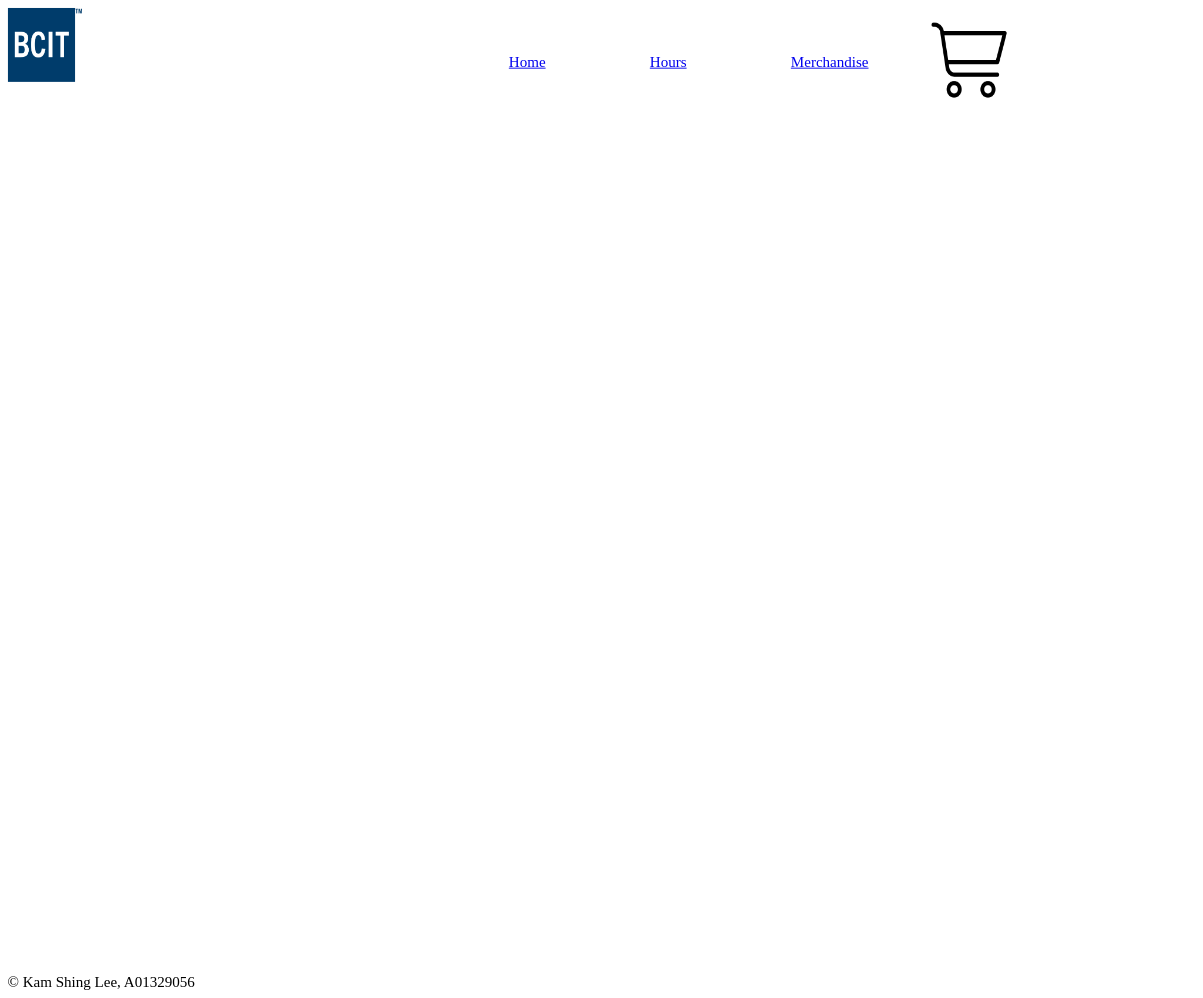
Repository: klee616/assessment3
Page: /
An editor plug-in stored every save of this project. The page is shown before and after the next save, followed by the edit.
The browser window is 1280 px wide. The pictures show the whole page, at 94% of full size.
The project was rebuilt for these pictures with package versions that can differ from the ones it lists, and the page was loaded fresh each time. The framework's server and built-in components were replaced by stand-ins that run in the browser. Also part of the build but not shown: next.config.mjs, components/Footer/Footer.module.css.

Above is the page before, as saved 2024-02-05 16:07:14.

### pages/index.js
import Head from "next/head";
import { Inter } from "next/font/google";
import styles from "@/styles/Home.module.css";
import layout from "@/styles/layout.module.css"
import Header from "@/components/Header";
import Footer from "@/components/Footer";

const inter = Inter({ subsets: ["latin"] });

export default function Home() {
  return (
    <>
      <Head>
        <title>BCIT Book Store</title>
        <meta name="description" content="All online pick-up orders are available at the Burnaby Campus Bookstore (SE2). Please allow 2-3 business days for order processing." />
        <meta name="viewport" content="width=device-width, initial-scale=1" />
        <link rel="icon" href="/favicon.ico" />
      </Head>

      <Header />
      <main className={`${styles.main} ${inter.className}`}>
        <div className={`${layout['col-lg-4']} ${layout['col-md-4']} ${layout['col-lg-4']}}`}>

        </div>
      </main>
      <Footer />
    </>
  );
}

### styles/globals.css
:root {
  --background-color: #fff;
  --highlight: #FFF400;
  --blue: #003C71;
  --white-text: #fff;
  --product-background: rgb(245, 245, 245);
}

### styles/layout.module.css

.row {
    display: flex;
    flex-direction: row;
    flex-wrap: wrap;
    justify-content: left;
    align-items: stretch;
  }

  .col-lg-12, .col-md-12, .col-sm-12{
      flex: 0 0 12;
      width: calc(100% / 12 * 12);
  }

  .col-lg-11, .col-md-11, .col-sm-11{
      flex: 0 0 11;
      width: calc(100% / 12 * 11);
  }

  .col-lg-10, .col-md-10, .col-sm-10{
      flex: 0 0 10;
      width: calc(100% / 12 * 10);
  }

  .col-lg-9, .col-md-9, .col-sm-9{
      flex: 0 0 9;
      width: calc(100% / 12 * 9);
  }

  .col-lg-8, .col-md-8, .col-sm-8{
      flex: 0 0 8;
      width: calc(100% / 12 * 8);
  }

  .col-lg-7, .col-md-7, .col-sm-7{
      flex: 0 0 7;
      width: calc(100% / 12 * 7);
  }

  .col-lg-6, .col-md-6, .col-sm-6{
      flex: 0 0 6;
      width: calc(100% / 12 * 6);
  }

  .col-lg-5, .col-md-5, .col-sm-5{
      flex: 0 0 5;
      width: calc(100% / 12 * 5);
  }

  .col-lg-4, .col-md-4, .col-sm-4{
      flex: 0 0 4;
      width: calc(100% / 12 * 4);
  }

  .col-lg-3, .col-md-3, .col-sm-3{
      flex: 0 0 3;
      width: calc(100% / 12 * 3);
  }

  .col-lg-2, .col-md-2, .col-sm-2{
      flex: 0 0 2;
      width: calc(100% / 12 * 2);
  }

  .col-lg-1, .col-md-1, .col-sm-1{
      flex: 0 0 1;
      width: calc(100% / 12 * 1);
  }

  .text-align-right{
    text-align: right;
  }

  @media (min-width: 1221px ) {
    /* lg*/

    .row {
      max-width: 1220px;
      width: 100vw;
    }

    .row-wider{
      width: 992px;
    }


    .col-lg-12 {
      flex: 0 0 12;
      width: calc(100% / 12 * 12);
    }

    .col-lg-11 {
      flex: 0 0 11;
      width: calc(100% / 12 * 12);
    }

    .col-lg-10 {
      flex: 0 0 10;
      width: calc(100% / 12 * 10);
    }

    .col-lg-9 {
      flex: 0 0 9;
      width: calc(100% / 12 * 9);
    }

    .col-lg-8 {
      flex: 0 0 8;
      width: calc(100% / 12 * 8);
    }

    .col-lg-7 {
      flex: 0 0 7;
      width: calc(100% / 12 * 7);
    }

    .col-lg-6 {
      flex: 0 0 6;
      width: calc(100% / 12 * 6);
    }

    .col-lg-5 {
      flex: 0 0 5;
      width: calc(100% / 12 * 5);
    }

    .col-lg-4 {
      flex: 0 0 4;
      width: calc(100% / 12 * 4);
    }

    .col-lg-3 {
      flex: 0 0 3;
      width: calc(100% / 12 * 3);
    }

    .col-lg-2 {
      flex: 0 0 2;
      width: calc(100% / 12 * 2);
    }

    .col-lg-1 {
      flex: 0 0 1;
      width: calc(100% / 12 * 1);
    }

    .lg-hidden{
      display: none;;
    }
  }


  @media (max-width:1220px) and (min-width:701px) {
    /* md*/

    .row {
        max-width: 1440px;
        width: 100vw;

    }



    .col-md-12 {
      flex: 0 0 12;
      width: calc(100% / 12 * 12);
    }

    .col-md-11 {
      flex: 0 0 11;
      width: calc(100% / 12 * 12);
    }

    .col-md-10 {
      flex: 0 0 10;
      width: calc(100% / 12 * 10);
    }

    .col-md-9 {
      flex: 0 0 9;
      width: calc(100% / 12 * 9);
    }

    .col-md-8 {
      flex: 0 0 8;
      width: calc(100% / 12 * 8);
    }

    .col-md-7 {
      flex: 0 0 7;
      width: calc(100% / 12 * 7);
    }

    .col-md-6 {
      flex: 0 0 6;
      width: calc(100% / 12 * 6);
    }

    .col-md-5 {
      flex: 0 0 5;
      width: calc(100% / 12 * 5);
    }

    .col-md-4 {
      flex: 0 0 4;
      width: calc(100% / 12 * 4);
    }

    .col-md-3 {
      flex: 0 0 3;
      width: calc(100% / 12 * 3);
    }

    .col-md-2 {
      flex: 0 0 2;
      width: calc(100% / 12 * 2);
    }

    .col-md-1 {
      flex: 0 0 1;
      width: calc(100% / 12 * 1);
    }


    .md-hidden{
      display: none;;
    }
  }


  @media (max-width:700px) {
    /* sm*/

    .row {
        max-width: 640;
        width: 100vw;

    }


    .col-sm-12 {
      flex: 0 0 12;
      width: calc(100% / 12 * 12);
    }

    .col-sm-11 {
      flex: 0 0 11;
      width: calc(100% / 12 * 12);
    }

    .col-sm-10 {
      flex: 0 0 10;
      width: calc(100% / 12 * 10);
    }

    .col-sm-9 {
      flex: 0 0 9;
      width: calc(100% / 12 * 9);
    }

    .col-sm-8 {
      flex: 0 0 8;
      width: calc(100% / 12 * 8);
    }

    .col-sm-7 {
      flex: 0 0 7;
      width: calc(100% / 12 * 7);
    }

    .col-sm-6 {
      flex: 0 0 6;
      width: calc(100% / 12 * 6);
    }

    .col-sm-5 {
      flex: 0 0 5;
      width: calc(100% / 12 * 5);
    }

    .col-sm-4 {
      flex: 0 0 4;
      width: calc(100% / 12 * 4);
    }

    .col-sm-3 {
      flex: 0 0 3;
      width: calc(100% / 12 * 3);
    }

    .col-sm-2 {
      flex: 0 0 2;
      width: calc(100% / 12 * 2);
    }

    .col-sm-1 {
      flex: 0 0 1;
      width: calc(100% / 12 * 1);
    }

    .sm-hidden{
      display: none;
    }
  }

### components/Header/index.js
import styles from './Header.module.css'
import layout from '@/styles/Layout.module.css'
import Image from 'next/image'
import Link from 'next/link'

export default function Header() {
    return (
        <>
            <header className={layout['row']}>
                <div className={`${layout['col-lg-4']} ${layout['col-md-4']} ${layout['col-sm-4']}`}>
                    <Image
                        src="/images/bcit_logo.png"
                        width={80}
                        height={80} />
                </div>
                <div className={`${layout['col-lg-8']} ${layout['col-md-8']} ${layout['col-sm-8']}`}>
                    <div className={styles['menu-container']}>
                        <ul className={styles['menu-list']}>
                            <li className={styles['menu-item']}>
                                <Link href='/'>Home</Link>
                            </li>
                            <li className={styles['menu-item']}>
                                <Link href='/'>Hours</Link>
                            </li>
                            <li className={styles['menu-item']}>
                                <Link href='/'>Merchandise</Link>
                            </li>
                            <li className={styles['menu-item']}>

                            <Link href='/'>
                                <Image
                                src="/images/shopping.png"
                                width={80}
                                height={80} />
                            </Link>
                                </li>
                        </ul>
                    </div>
                </div>

            </header>
        </>
    )
}

### components/Footer/index.js
import styles from './Footer.module.css'
import layout from '@/styles/Layout.module.css'

export default function Footer(){
    return (
        <>
        <footer className={`${layout['row']}`}>
<div className={`${layout['col-lg-12']} ${layout['col-md-12']} ${layout['col-sm-12']}`}>
    &copy; Kam Shing Lee, A01329056
</div>
        </footer>
        </>
    )
}

### components/Header/Header.module.css
.menu-container{
    display: flex;
    flex-direction: row;
    flex-wrap: nowrap;
    align-content: center;
    justify-content: center;
    align-items: center;
}

.menu-list{
    display: flex;
    flex-direction: row;
    flex-wrap: nowrap;
    align-content: center;
    justify-content:space-around;
    align-items: center;
    list-style: none;
}

.menu-list .menu-item{
    width: 150px;
    text-align: left;
}
.menu-list .menu-item:nth-last-child(0){
    text-align: right;
}
.menu-item a{
display: block;
width: 100%;
}

### styles/Layout.module.css

.row {
    display: flex;
    flex-direction: row;
    flex-wrap: wrap;
    justify-content: left;
    align-items: stretch;
  }

  .col-lg-12, .col-md-12, .col-sm-12{
      flex: 0 0 12;
      width: calc(100% / 12 * 12);
  }

  .col-lg-11, .col-md-11, .col-sm-11{
      flex: 0 0 11;
      width: calc(100% / 12 * 11);
  }

  .col-lg-10, .col-md-10, .col-sm-10{
      flex: 0 0 10;
      width: calc(100% / 12 * 10);
  }

  .col-lg-9, .col-md-9, .col-sm-9{
      flex: 0 0 9;
      width: calc(100% / 12 * 9);
  }

  .col-lg-8, .col-md-8, .col-sm-8{
      flex: 0 0 8;
      width: calc(100% / 12 * 8);
  }

  .col-lg-7, .col-md-7, .col-sm-7{
      flex: 0 0 7;
      width: calc(100% / 12 * 7);
  }

  .col-lg-6, .col-md-6, .col-sm-6{
      flex: 0 0 6;
      width: calc(100% / 12 * 6);
  }

  .col-lg-5, .col-md-5, .col-sm-5{
      flex: 0 0 5;
      width: calc(100% / 12 * 5);
  }

  .col-lg-4, .col-md-4, .col-sm-4{
      flex: 0 0 4;
      width: calc(100% / 12 * 4);
  }

  .col-lg-3, .col-md-3, .col-sm-3{
      flex: 0 0 3;
      width: calc(100% / 12 * 3);
  }

  .col-lg-2, .col-md-2, .col-sm-2{
      flex: 0 0 2;
      width: calc(100% / 12 * 2);
  }

  .col-lg-1, .col-md-1, .col-sm-1{
      flex: 0 0 1;
      width: calc(100% / 12 * 1);
  }

  .text-align-right{
    text-align: right;
  }

  @media (min-width: 1221px ) {
    /* lg*/

    .row {
      max-width: 1220px;
      width: 100vw;
    }

    .row-wider{
      width: 992px;
    }


    .col-lg-12 {
      flex: 0 0 12;
      width: calc(100% / 12 * 12);
    }

    .col-lg-11 {
      flex: 0 0 11;
      width: calc(100% / 12 * 12);
    }

    .col-lg-10 {
      flex: 0 0 10;
      width: calc(100% / 12 * 10);
    }

    .col-lg-9 {
      flex: 0 0 9;
      width: calc(100% / 12 * 9);
    }

    .col-lg-8 {
      flex: 0 0 8;
      width: calc(100% / 12 * 8);
    }

    .col-lg-7 {
      flex: 0 0 7;
      width: calc(100% / 12 * 7);
    }

    .col-lg-6 {
      flex: 0 0 6;
      width: calc(100% / 12 * 6);
    }

    .col-lg-5 {
      flex: 0 0 5;
      width: calc(100% / 12 * 5);
    }

    .col-lg-4 {
      flex: 0 0 4;
      width: calc(100% / 12 * 4);
    }

    .col-lg-3 {
      flex: 0 0 3;
      width: calc(100% / 12 * 3);
    }

    .col-lg-2 {
      flex: 0 0 2;
      width: calc(100% / 12 * 2);
    }

    .col-lg-1 {
      flex: 0 0 1;
      width: calc(100% / 12 * 1);
    }

    .lg-hidden{
      display: none;;
    }
  }


  @media (max-width:1220px) and (min-width:701px) {
    /* md*/

    .row {
        max-width: 1440px;
        width: 100vw;

    }



    .col-md-12 {
      flex: 0 0 12;
      width: calc(100% / 12 * 12);
    }

    .col-md-11 {
      flex: 0 0 11;
      width: calc(100% / 12 * 12);
    }

    .col-md-10 {
      flex: 0 0 10;
      width: calc(100% / 12 * 10);
    }

    .col-md-9 {
      flex: 0 0 9;
      width: calc(100% / 12 * 9);
    }

    .col-md-8 {
      flex: 0 0 8;
      width: calc(100% / 12 * 8);
    }

    .col-md-7 {
      flex: 0 0 7;
      width: calc(100% / 12 * 7);
    }

    .col-md-6 {
      flex: 0 0 6;
      width: calc(100% / 12 * 6);
    }

    .col-md-5 {
      flex: 0 0 5;
      width: calc(100% / 12 * 5);
    }

    .col-md-4 {
      flex: 0 0 4;
      width: calc(100% / 12 * 4);
    }

    .col-md-3 {
      flex: 0 0 3;
      width: calc(100% / 12 * 3);
    }

    .col-md-2 {
      flex: 0 0 2;
      width: calc(100% / 12 * 2);
    }

    .col-md-1 {
      flex: 0 0 1;
      width: calc(100% / 12 * 1);
    }


    .md-hidden{
      display: none;;
    }
  }


  @media (max-width:700px) {
    /* sm*/

    .row {
        max-width: 640;
        width: 100vw;

    }


    .col-sm-12 {
      flex: 0 0 12;
      width: calc(100% / 12 * 12);
    }

    .col-sm-11 {
      flex: 0 0 11;
      width: calc(100% / 12 * 12);
    }

    .col-sm-10 {
      flex: 0 0 10;
      width: calc(100% / 12 * 10);
    }

    .col-sm-9 {
      flex: 0 0 9;
      width: calc(100% / 12 * 9);
    }

    .col-sm-8 {
      flex: 0 0 8;
      width: calc(100% / 12 * 8);
    }

    .col-sm-7 {
      flex: 0 0 7;
      width: calc(100% / 12 * 7);
    }

    .col-sm-6 {
      flex: 0 0 6;
      width: calc(100% / 12 * 6);
    }

    .col-sm-5 {
      flex: 0 0 5;
      width: calc(100% / 12 * 5);
    }

    .col-sm-4 {
      flex: 0 0 4;
      width: calc(100% / 12 * 4);
    }

    .col-sm-3 {
      flex: 0 0 3;
      width: calc(100% / 12 * 3);
    }

    .col-sm-2 {
      flex: 0 0 2;
      width: calc(100% / 12 * 2);
    }

    .col-sm-1 {
      flex: 0 0 1;
      width: calc(100% / 12 * 1);
    }

    .sm-hidden{
      display: none;
    }
  }

Loaded but not shown: pages/_app.js (common file); pages/_document.js (common file); styles/Home.module.css (common file)

After the next save:
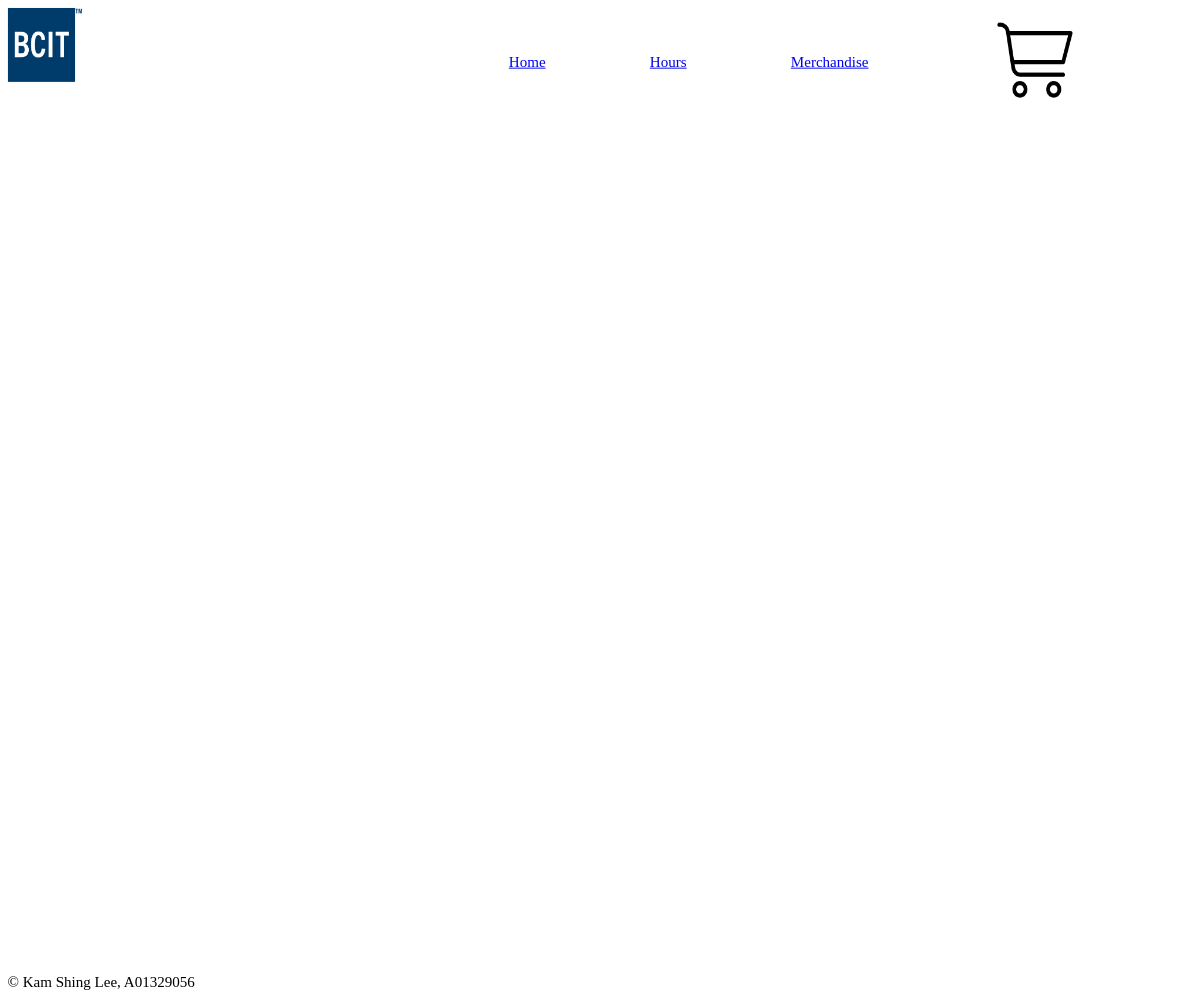
Saved 16 s later.
--- a/components/Header/Header.module.css
+++ b/components/Header/Header.module.css
@@ -21,7 +21,7 @@
     width: 150px;
     text-align: left;
 }
-.menu-list .menu-item:nth-last-child(0){
+.menu-list .menu-item:nth-last-child(1){
     text-align: right;
 }
 .menu-item a{
